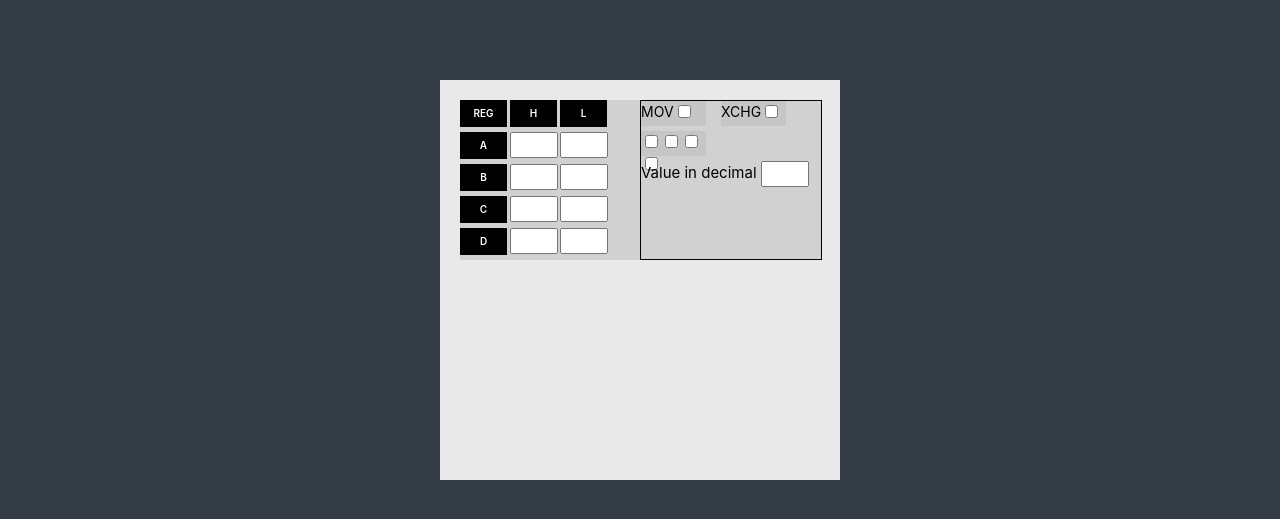
Repository: piookr-wsei/8086
Page: /
These files come from the project's save history. The page is drawn as it stood at one moment and after the next save; the edit follows.
The browser window is 1280 px wide. The pictures show the whole page.
The project was rebuilt for these pictures with package versions that can differ from the ones it lists, and the page was loaded fresh each time.

Above is the page before, as saved 2022-06-18 21:29:37.

### src/App.js
import React from 'react';
import { useState } from 'react';
import './App.css';
import { RegDesc, RegInput, RegWrapper, UiWindow, UiWrapper, SettingsWrapper, Labels, CheckWrapper, OpBox, LineWrap, NumDesc, RegChWrapper } from './Components/Components.elements';


function App() {

  const xchg="xchg";
  const mov="mov"

  const [movChecked, setMovChecked] = useState(false);

  const [xchgChecked, setXchgChecked] = useState(false);

  const [opChosen,setOpChosen] = useState(null)

  function HandleCheck(name){
    if(name=="mov"){
      setMovChecked(!movChecked)
      setXchgChecked(false)
    }
    else if(name=="xchg"){
      setXchgChecked(!xchgChecked)
      setMovChecked(false)

    }
    setOpChosen(name)
  }

function OpChange(){
  return(
    <>
    <Labels>
      <CheckWrapper>
        MOV
        <OpBox type="checkbox"  checked={movChecked} onClick={() => HandleCheck(mov)} id="MOV"/>
      </CheckWrapper>
      <CheckWrapper>
        XCHG
        <OpBox type="checkbox" checked={xchgChecked} onChange={() => HandleCheck(xchg)} id="XCHG" name="XCHG"/>
      </CheckWrapper>
    </Labels>
    </>
    )
  }







  return (
    <div className="App">
      <UiWindow>
        <UiWrapper>
          <RegWrapper>
            <RegDesc textContent={"REG"}/>  <RegDesc textContent={"H"}/>  <RegDesc textContent={"L"}/>

            <RegDesc textContent={"A"}/>  <RegInput maxLength={2}/> <RegInput maxLength={2}/>
            <RegDesc textContent={"B"}/>  <RegInput maxLength={2}/> <RegInput maxLength={2}/>
            <RegDesc textContent={"C"} />  <RegInput maxLength={2}/> <RegInput maxLength={2}/>
            <RegDesc textContent={"D"}/>  <RegInput maxLength={2}/> <RegInput maxLength={2}/>
          </RegWrapper>

          <SettingsWrapper>

              <OpChange/>

              <RegChWrapper>
                <CheckWrapper>
                  <OpBox type="checkbox"/>
                  <OpBox type="checkbox"/>
                  <OpBox type="checkbox"/>
                  <OpBox type="checkbox"/>
                </CheckWrapper>
              </RegChWrapper>

              <LineWrap>
              <NumDesc textContent={"Value in decimal"}/>  <RegInput maxLength={3} style={{width:"40px"}}/>
              </LineWrap>
          </SettingsWrapper>



        </UiWrapper>
      </UiWindow>

    </div>
  );
}

export default App;

### src/App.css
body{
  height: 100%;
  background: rgba(1, 10, 22, 0.8);
}
.App {

}

.App-logo {
  height: 40vmin;
  pointer-events: none;
}

@media (prefers-reduced-motion: no-preference) {
  .App-logo {
    animation: App-logo-spin infinite 20s linear;
  }
}

.App-header {
  background-color: #282c34;
  min-height: 100vh;
  display: flex;
  flex-direction: column;
  align-items: center;
  justify-content: center;
  font-size: calc(10px + 2vmin);
  color: white;
}

.App-link {
  color: #61dafb;
}

@keyframes App-logo-spin {
  from {
    transform: rotate(0deg);
  }
  to {
    transform: rotate(360deg);
  }
}

### src/Components/Components.elements.js
import styled from "styled-components";

export const UiWindow = styled.div`
    height: 400px;
    width: 400px;
    background: rgb(233,233,233);
    position: relative;
    margin: auto;
    top: 80px;
`

export const UiWrapper = styled.div`
    border: 20px solid transparent;
    display: grid;
    grid-template-columns: 1fr 1fr;
`

export const RegWrapper = styled.div`
    width: 180px;
    background: rgba(0,0,0,0.1);
    position: relative;
    left: 0;
    display: grid;
    grid-template-columns: 50px 50px 50px;
`

export const RegInput = styled.input`
    height: 20px;
    width: 40px;
    margin-bottom:5px;
    text-align: center;
`

export const SettingsWrapper = styled.div`
    width: 180px;
    background: rgba(0,0,0,0.1);
    position: relative;
    right: 0;
    display: grid;
    grid-template-columns: 180px;
    border: solid 1px black;
    font-size: 14px;
    line-height: 22px;
    grid-template-rows: repeat(auto-fit,30px);

`

export const RegDescSC = styled.div`
    height: 27px;
    width: 47px;
    background: black;
    margin-bottom:5px;
    color: white;
    font-weight: 600;
`

export const DescText = styled.p`
    font-size: 10px;
    text-align: center;
    position: relative;
    top: -3px;
`

export function RegDesc(props){
    return(
        <RegDescSC>
            <DescText>{props.textContent}</DescText>
        </RegDescSC>
    )
}

export const Labels = styled.div`
    display: grid;
    grid-template-columns: 80px 80px;
`

export const CheckWrapper = styled.div`
    background: rgba(0,0,0,0.05);
    width: 65px;
    height: 25px;
`

export const OpBox = styled.input`
    vertical-align: "middle";
    position: relative;
    top: 1px;
`

export const LineWrap = styled.div`
    width: 180px;
    display: flex;
    align-items: center;
`

export const NumSC = styled.div`
    width: 120px;
    text-align: left !important;
`

export function NumDesc(props){
    return(
        <NumSC>
            <DescText style={{textAlign: "left", fontSize:"15px"}}>{props.textContent}</DescText>
        </NumSC>
    )
}

export const RegChWrapper = styled.div`
width: 180px;
display: grid;
grid-template-columns: 45px 45px 45px 45px ;
`

Loaded but not shown: public/index.html (common file); src/index.js (common file); src/index.css (common file); src/reportWebVitals.js (common file)

After the next save:
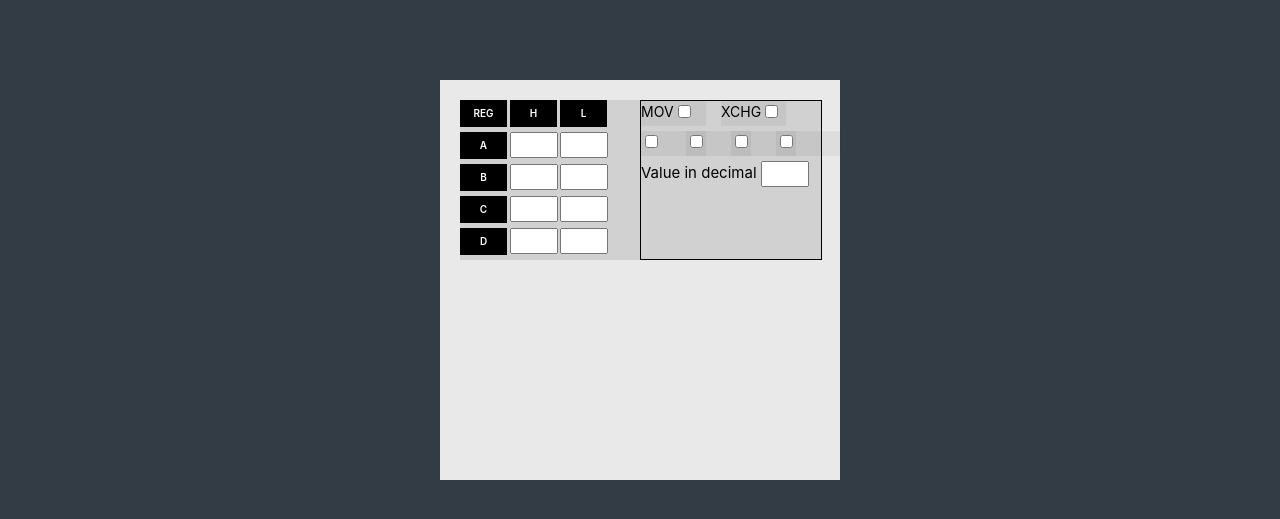
Saved 14 s later.
--- a/src/App.js
+++ b/src/App.js
@@ -71,8 +71,14 @@ function OpChange(){
               <RegChWrapper>
                 <CheckWrapper>
                   <OpBox type="checkbox"/>
+                </CheckWrapper>
+                <CheckWrapper>
                   <OpBox type="checkbox"/>
+                </CheckWrapper>
+                <CheckWrapper>
                   <OpBox type="checkbox"/>
+                </CheckWrapper>
+                <CheckWrapper>
                   <OpBox type="checkbox"/>
                 </CheckWrapper>
               </RegChWrapper>
